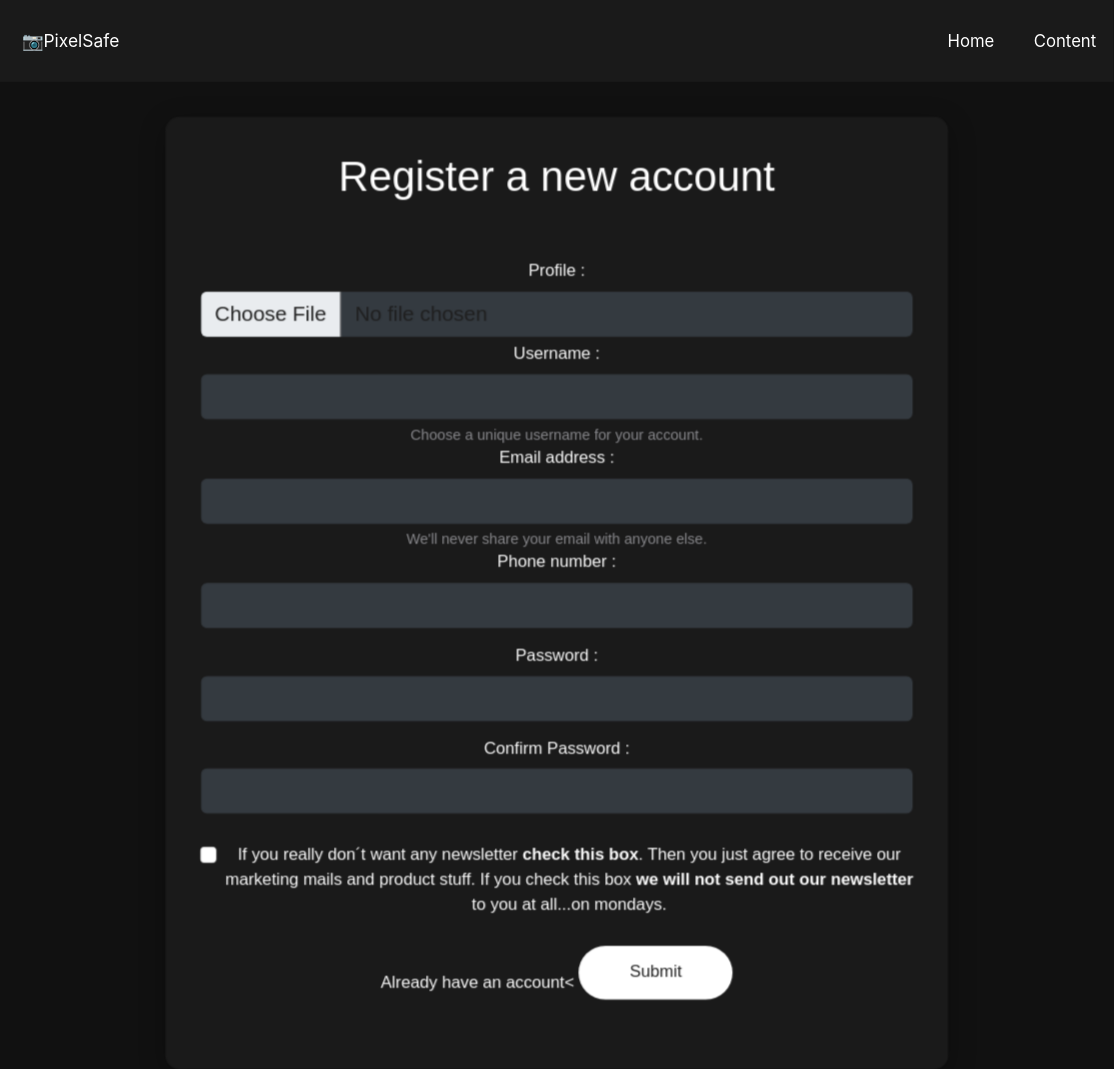
Repository: Shejilum/PIXELSAFE-Stegnography
Page: stegnograapp/templates/register.html
These files come from the project's save history. The page is drawn as it stood at one moment and after the next save; the edit follows.
The browser window is 1280 px wide. The pictures show the whole page, at 87% of full size.
The template is drawn by Django 5.2. The application's start-up code is not run. The template is opened directly, without the code that normally fills it, so the values that code supplies are empty.

Above is the page before, as saved 2025-10-08 16:29:51.

After the next save:
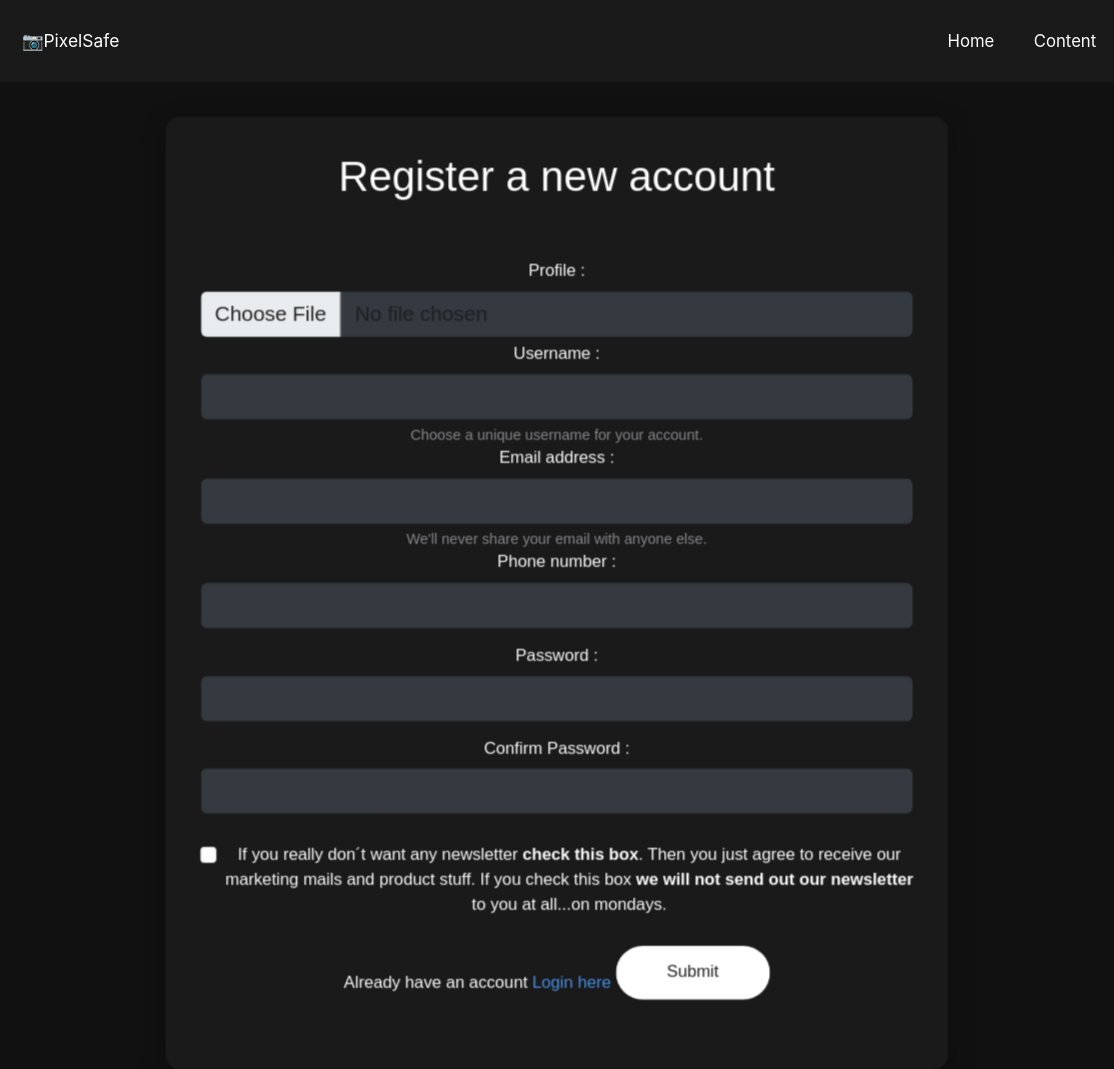
Saved 14 s later.
--- a/stegnograapp/templates/register.html
+++ b/stegnograapp/templates/register.html
@@ -104,7 +104,7 @@
     <input type="checkbox" class="form-check-input" id="exampleCheck1">
     <label class="form-check-label" for="exampleCheck1">If you really don´t want any newsletter <strong>check this box</strong>. Then you just agree to receive our marketing mails and product stuff. If you check this box <strong>we will not send out our newsletter</strong> to you at all...on mondays.</label>
   </div>
-  Already have an account<
+  Already have an account <a href="/login/" style="color: #4A90E2; text-decoration: none;">Login here</a>
   <button type="submit" class="btn btn-white btn-xl mb-4">Submit</button>
 </div>
 </div>
